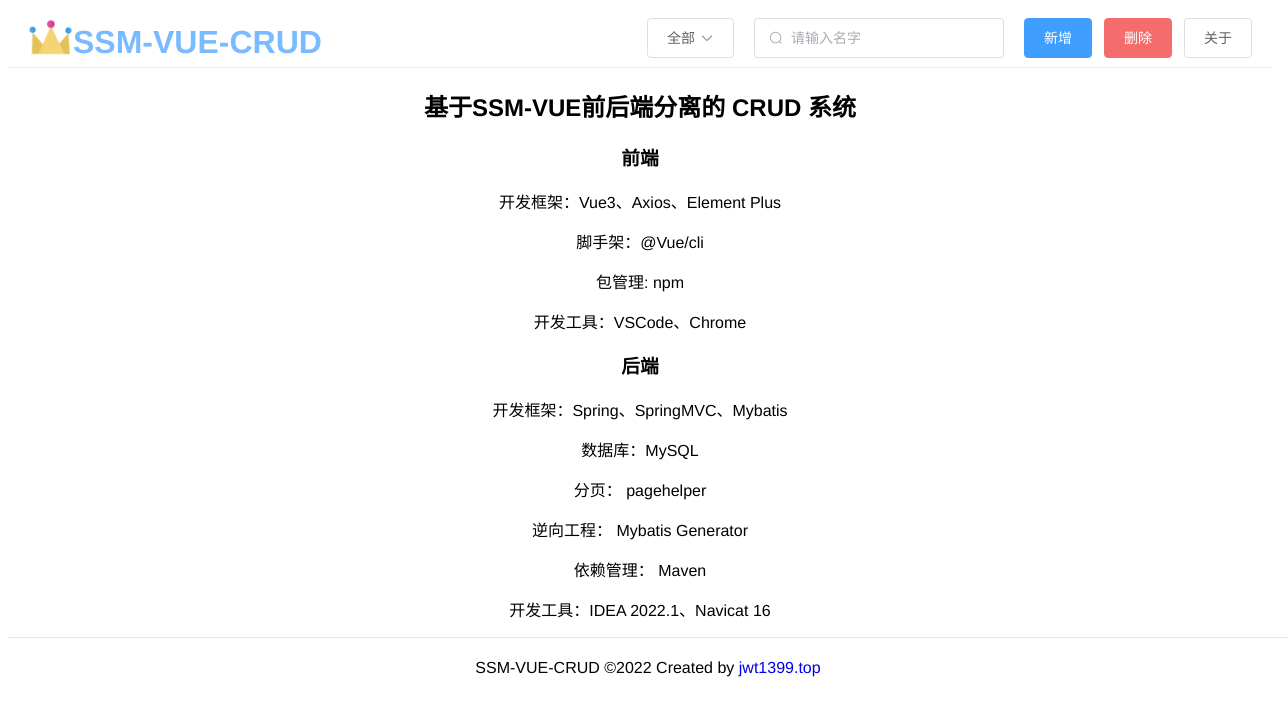
Repository: jwt1399/ssm-vue-crud
Page: /#/about (app in ssm-crud-front/)
The author's editor kept a copy of each file at every save. The page is drawn from the files as they stood at one save, then again after the next save.
The browser window is 1280 px wide. The page is 1288 px wide, so the pictures cover 1288 px, including what lies to the right of the window. The pictures show the whole page.
The project was rebuilt for these pictures with package versions that can differ from the ones it lists, and the page was loaded fresh each time. Also part of the build but not shown: ssm-crud-front/vue.config.js, ssm-crud-front/src/components/Form.vue, ssm-crud-front/src/views/CrudView.vue.

Above is the page before, as saved 2022-06-09 13:32:43.

### ssm-crud-front/public/index.html
<!DOCTYPE html>
<html lang="zh-Hans">
  <head>
    <meta charset="utf-8">
    <meta http-equiv="X-UA-Compatible" content="IE=edge">
    <meta name="viewport" content="width=device-width,initial-scale=1.0">
    <link rel="icon" href="<%= BASE_URL %>favicon.png">
    <title><%= htmlWebpackPlugin.options.title %></title>
  </head>
  <body>
    <noscript>
      <strong>We're sorry but <%= htmlWebpackPlugin.options.title %> doesn't work properly without JavaScript enabled. Please enable it to continue.</strong>
    </noscript>
    <div id="app"></div>
    <!-- built files will be auto injected -->
  </body>
</html>

### ssm-crud-front/src/main.js
import { createApp } from 'vue'
import App from './App.vue'
import router from './router'
import ElementPlus from 'element-plus'
import 'element-plus/dist/index.css'
import * as ElementPlusIconsVue from '@element-plus/icons-vue'

const app = createApp(App)

//配置全局icon
for (const [key, component] of Object.entries(ElementPlusIconsVue)) {
    app.component(key, component)
  }

app.use(router).use(ElementPlus).mount('#app')

### ssm-crud-front/src/App.vue
<template>
  <Header/>
  <router-view/>
  <Footer/>
</template>

<script>
import Header from '@/components/Header.vue'
import Footer from '@/components/Footer.vue'
export default {
    components: {
        Header,
        Footer,
    }
}
</script>

<style>
#app {
  font-family: Avenir, Helvetica, Arial, sans-serif;
  -webkit-font-smoothing: antialiased;
  -moz-osx-font-smoothing: grayscale;
  /* text-align: center; */
  /* color: #2c3e50; */
}
</style>

### ssm-crud-front/src/router/index.js
import { createRouter, createWebHashHistory } from 'vue-router'
import CrudView from '../views/CrudView.vue'
const routes = [
  {
    path: '/',
    name: 'home',
    component: CrudView
  },
  {
    path: '/about',
    name: 'about',
    // route level code-splitting
    // this generates a separate chunk (about.[hash].js) for this route
    // which is lazy-loaded when the route is visited.
    component: () => import(/* webpackChunkName: "about" */ '../views/AboutView.vue')
  }
]

const router = createRouter({
  history: createWebHashHistory(),
  routes
})

export default router

### ssm-crud-front/src/components/Header.vue
<template>
 <el-header class="header">
    <div class="nav">
        <a href="/" class="nav-link">
            <img src="../assets/favicon.png" alt="logo" class="nav-logo">
            <h1 class="nav-title ">SSM-VUE-CRUD</h1>
        </a>
    </div>
    <div class="nav-item">
        <el-dropdown>
            <el-button size="large">
                全部
                <el-icon class="el-icon--right">
                    <arrow-down />
                </el-icon>
            </el-button>
            <template #dropdown>
                <el-dropdown-menu>
                    <el-dropdown-item>Action 1</el-dropdown-item>
                    <el-dropdown-item>Action 2</el-dropdown-item>
                </el-dropdown-menu>
            </template>
        </el-dropdown>

        <div class="nav-search">
            <el-input
            placeholder="请输入名字"
            v-model="search"
            size="large"
            @change="searchChange"
            clearable >
                <template #prefix>
                    <el-icon class="el-input__icon"><search /></el-icon>
                </template>
            </el-input>

        </div>
        <el-button type="primary" size="large" @click="addEmployee()">新增</el-button>
        <el-button type="danger" size="large" @click="batchDeleteEmployee()">删除</el-button>
        <!-- <router-link to='/about'> -->
        <el-button type="default" size="large" @click="skipAbout()">关于</el-button>
        <!-- </router-link> -->
    </div>
</el-header>
</template>

<script>
import { useRouter } from 'vue-router'

export default {
    name: 'Header',
    setup() {
        const router = useRouter()
        const skipAbout = ()=>{
        // window.location.href='#/about';
        // router.push({path:'about'})
        router.push({ name: 'about'})
        }
        return {
            skipAbout,
        }
    },

}


</script>



<style scoped>
.nav-logo {
	height: 45px;
	width: 45px;
	vertical-align: middle;
	display: inline-block;
}

.nav-title {
	font-size: 2rem;
	display: inline-block;
	vertical-align: middle;
	color: #79bbff;
	padding-top: 10px;
}

.nav-item {
	display: flex;
	align-items: center;
}

.nav-search {
	width: 250px;
	margin: 0 20px;
}

.header {
	display: flex;
	align-items: center;
	justify-content: space-between;
	width: 100%;
	border-bottom: 1px solid #eee;
	min-width: 800px;
}



</style>

### ssm-crud-front/src/components/Footer.vue
<template>
<el-footer class="footer">
    <span>SSM-VUE-CRUD ©2022 Created by </span>
    <a href="https://jwt1399.top" style="text-decoration: none;"> jwt1399.top</a>
 </el-footer>
</template>


<script>
export default{
    name:'Footer',
}
</script>

 <style scoped>
.footer {
    /* 固定在底部18-19 */
    position: absolute;
    /* bottom: 0px; */
    text-align: center;
    width: 100%;
    /* 垂直居中23-24 */
    height: 60px;
    line-height:60px;
    background-color: #fff;
    border-top:1px solid #E7E7E7;

}

</style>

### ssm-crud-front/src/views/AboutView.vue
<template>
  <div class="about">
    <h2>基于SSM-VUE前后端分离的 CRUD 系统</h2>
    <h3>前端</h3>
      <p>开发框架：Vue3、Axios、Element Plus</p>
      <p>脚手架：@Vue/cli</p>
      <p>包管理: npm</p>
      <p>开发工具：VSCode、Chrome</p>
    <h3>后端</h3>
      <p>开发框架：Spring、SpringMVC、Mybatis</p>
      <p>数据库：MySQL</p>
      <p>分页： pagehelper</p>
      <p>逆向工程： Mybatis Generator</p>
      <p>依赖管理： Maven</p>
      <p>开发工具：IDEA 2022.1、Navicat 16</p>
  </div>
</template>

<style scoped>
.about{
  text-align: center;
}
</style>

After the next save:
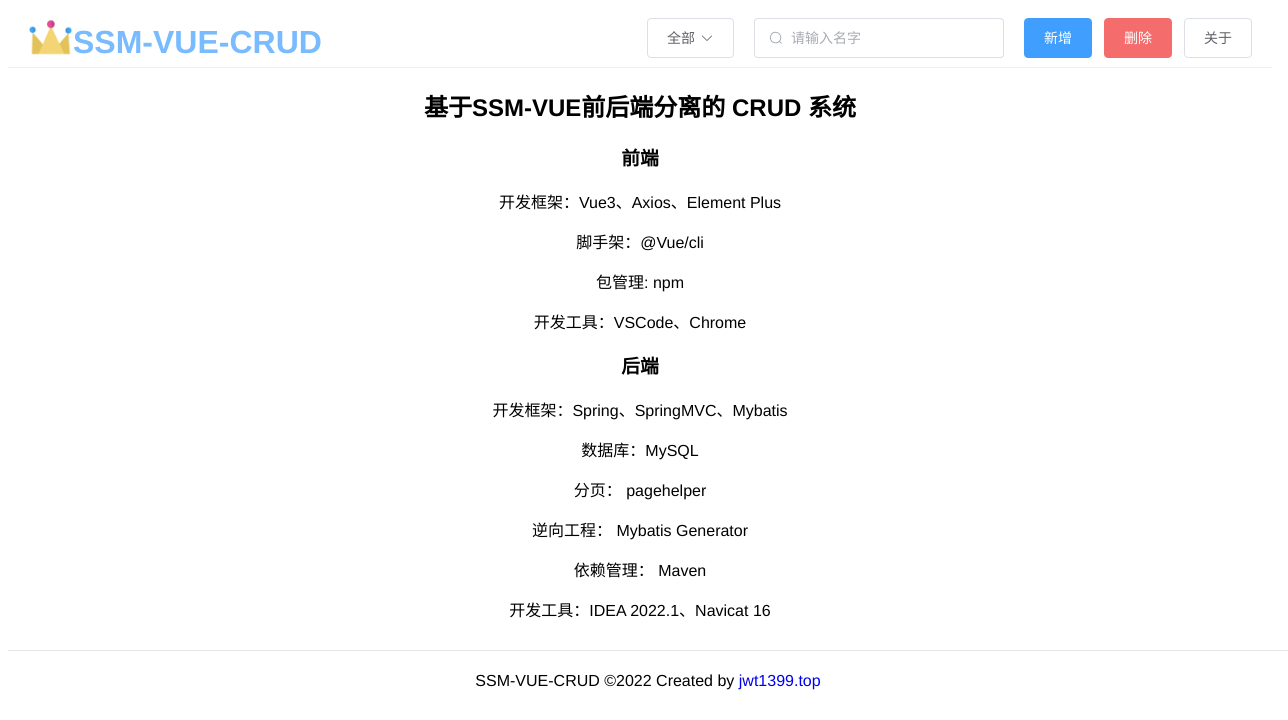
Saved 38 s later.
--- a/ssm-crud-front/src/components/Footer.vue
+++ b/ssm-crud-front/src/components/Footer.vue
@@ -16,7 +16,7 @@ export default{
 .footer {
     /* 固定在底部18-19 */
     position: absolute;
-    /* bottom: 0px; */
+    bottom: 10px;
     text-align: center;
     width: 100%;
     /* 垂直居中23-24 */
